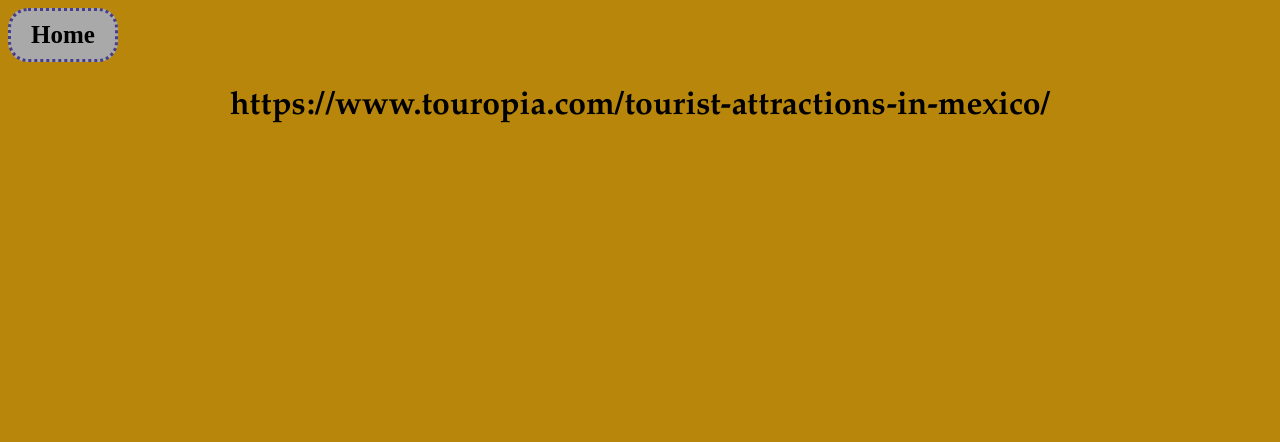
Repository: DamianKryzia/DamianKryzia.github.io
Page: Damian's Website/sources.html
The author's editor kept a record of every edit. The page is drawn from the files as they stood at one moment, then again after the next edit.
The browser window is 1280 px wide. The pictures show the whole page.

Above is the page before.

After the next edit:
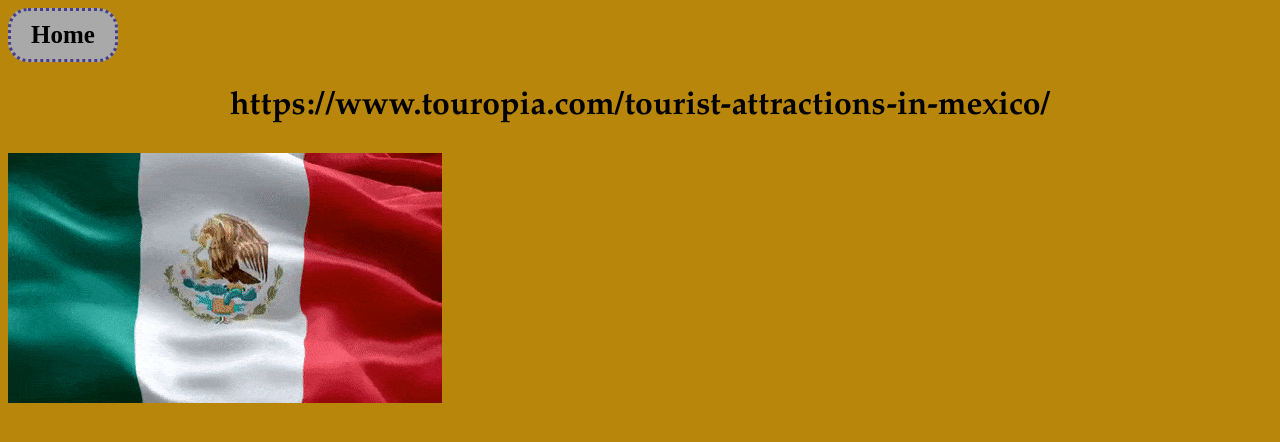
The edit:
--- a/Damian's Website/sources.html
+++ b/Damian's Website/sources.html
@@ -6,6 +6,7 @@
     </head>
     <body>
         <h1>https://www.touropia.com/tourist-attractions-in-mexico/</h1>
+        <img src = "images/FragrantKnobbyJenny-small.gif"/>
     </body>
     <style>
         .home{
